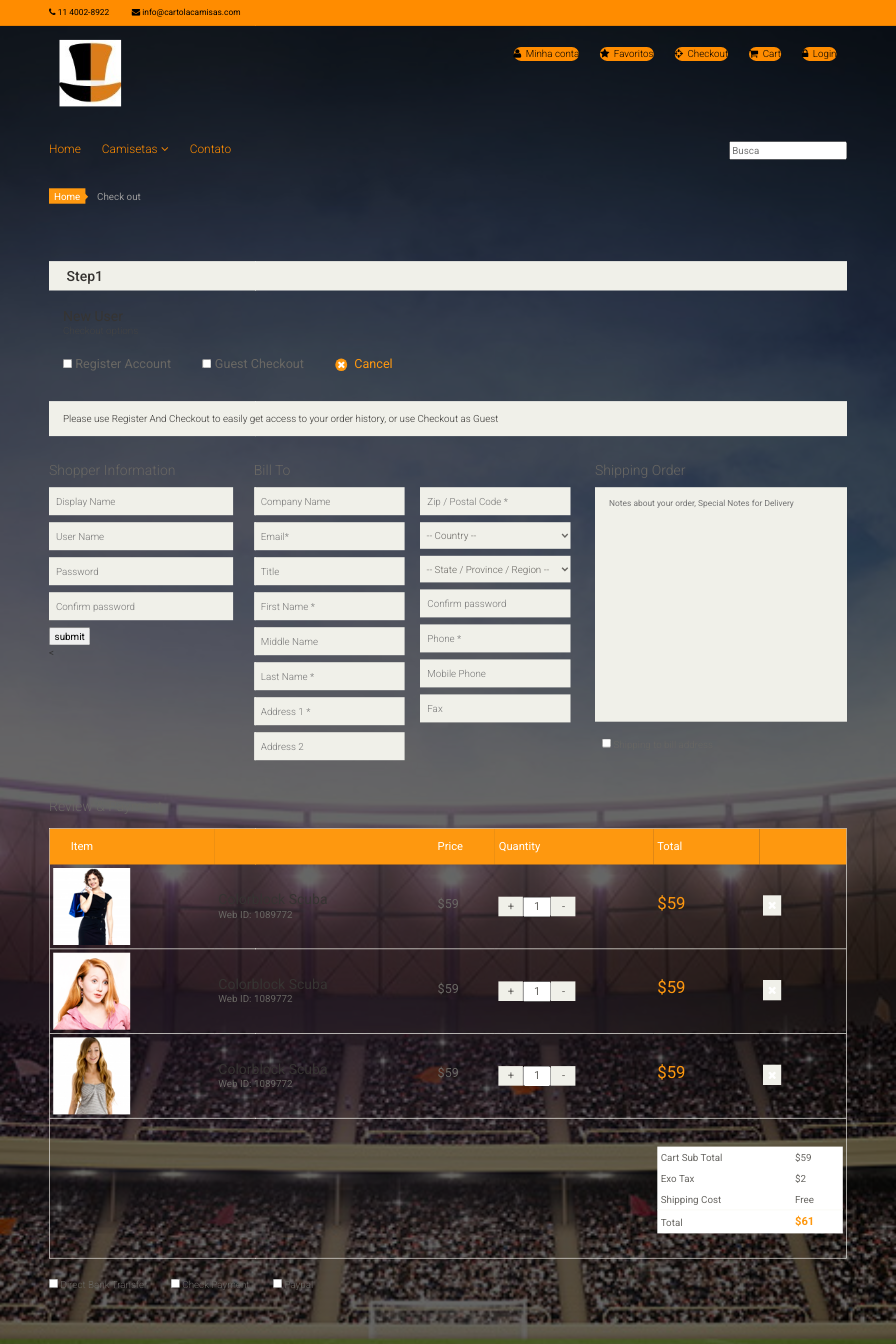
Repository: matheus-bms/camisetaPI
Page: http://localhost/checkout
An editor plug-in stored every save of this project. The page is shown before and after the next save, followed by the edit.
The browser window is 1280 px wide. The pictures show the part of the page from y = 0 to 1920 px (the page is 2568 px tall before and 1643 px after), at 70% of full size.
Some web fonts or font styles are not loaded; a fallback is used. The page is served by the project's Node server (app.js). Other server files are loaded and not shown.

Above is the page before, as saved 2022-04-26 23:33:10.

### views/checkout.ejs
<%- include('./partials/head'); %>

<body>
	<%- include('./partials/header'); %>

	<section id="cart_items">
		<div class="container">
			<div class="breadcrumbs">
				<ol class="breadcrumb">
				  <li><a href="#">Home</a></li>
				  <li class="active">Check out</li>
				</ol>
			</div><!--/breadcrums-->

			<div class="step-one">
				<h2 class="heading">Step1</h2>
			</div>
			<div class="checkout-options">
				<h3>New User</h3>
				<p>Checkout options</p>
				<ul class="nav">
					<li>
						<label><input type="checkbox"> Register Account</label>
					</li>
					<li>
						<label><input type="checkbox"> Guest Checkout</label>
					</li>
					<li>
						<a href=""><i class="fa fa-times"></i>Cancel</a>
					</li>
				</ul>
			</div><!--/checkout-options-->

			<div class="register-req">
				<p>Please use Register And Checkout to easily get access to your order history, or use Checkout as Guest</p>
			</div><!--/register-req-->

			<div class="shopper-informations">
				<div class="row">
					<div class="col-sm-3">
						<div class="shopper-info">
							<p>Shopper Information</p>
							<form action="/checkout" method="post">
								<input type="text" placeholder="Display Name">
								<input type="text" placeholder="User Name">
								<input type="password" placeholder="Password">
								<input type="password" placeholder="Confirm password">
								<button type="submit">submit</button>
							</form>
							<!--<a class="btn btn-primary" href="">Get Quotes</a>
							<a class="btn btn-primary" href="">Continue</a>-->
						<</div>
					</div>
					<div class="col-sm-5 clearfix">
						<div class="bill-to">
							<p>Bill To</p>
							<div class="form-one">
								<form>
									<input type="text" placeholder="Company Name">
									<input type="text" placeholder="Email*">
									<input type="text" placeholder="Title">
									<input type="text" placeholder="First Name *">
									<input type="text" placeholder="Middle Name">
									<input type="text" placeholder="Last Name *">
									<input type="text" placeholder="Address 1 *">
									<input type="text" placeholder="Address 2">
								</form>
							</div>
							<div class="form-two">
								<form>
									<input type="text" placeholder="Zip / Postal Code *">
									<select>
										<option>-- Country --</option>
										<option>United States</option>
										<option>Bangladesh</option>
										<option>UK</option>
										<option>India</option>
										<option>Pakistan</option>
										<option>Ucrane</option>
										<option>Canada</option>
										<option>Dubai</option>
									</select>
									<select>
										<option>-- State / Province / Region --</option>
										<option>United States</option>
										<option>Bangladesh</option>
										<option>UK</option>
										<option>India</option>
										<option>Pakistan</option>
										<option>Ucrane</option>
										<option>Canada</option>
										<option>Dubai</option>
									</select>
									<input type="password" placeholder="Confirm password">
									<input type="text" placeholder="Phone *">
									<input type="text" placeholder="Mobile Phone">
									<input type="text" placeholder="Fax">
								</form>
							</div>
						</div>
					</div>
					<div class="col-sm-4">
						<div class="order-message">
							<p>Shipping Order</p>
							<textarea name="message"  placeholder="Notes about your order, Special Notes for Delivery" rows="16"></textarea>
							<label><input type="checkbox"> Shipping to bill address</label>
						</div>
					</div>
				</div>
			</div>
			<div class="review-payment">
				<h2>Review & Payment</h2>
			</div>

			<div class="table-responsive cart_info">
				<table class="table table-condensed">
					<thead>
						<tr class="cart_menu">
							<td class="image">Item</td>
							<td class="description"></td>
							<td class="price">Price</td>
							<td class="quantity">Quantity</td>
							<td class="total">Total</td>
							<td></td>
						</tr>
					</thead>
					<tbody>
						<tr>
							<td class="cart_product">
								<a href=""><img src="images/cart/one.png" alt=""></a>
							</td>
							<td class="cart_description">
								<h4><a href="">Colorblock Scuba</a></h4>
								<p>Web ID: 1089772</p>
							</td>
							<td class="cart_price">
								<p>$59</p>
							</td>
							<td class="cart_quantity">
								<div class="cart_quantity_button">
									<a class="cart_quantity_up" href=""> + </a>
									<input class="cart_quantity_input" type="text" name="quantity" value="1" autocomplete="off" size="2">
									<a class="cart_quantity_down" href=""> - </a>
								</div>
							</td>
							<td class="cart_total">
								<p class="cart_total_price">$59</p>
							</td>
							<td class="cart_delete">
								<a class="cart_quantity_delete" href=""><i class="fa fa-times"></i></a>
							</td>
						</tr>

						<tr>
							<td class="cart_product">
								<a href=""><img src="images/cart/two.png" alt=""></a>
							</td>
							<td class="cart_description">
								<h4><a href="">Colorblock Scuba</a></h4>
								<p>Web ID: 1089772</p>
							</td>
							<td class="cart_price">
								<p>$59</p>
							</td>
							<td class="cart_quantity">
								<div class="cart_quantity_button">
									<a class="cart_quantity_up" href=""> + </a>
									<input class="cart_quantity_input" type="text" name="quantity" value="1" autocomplete="off" size="2">
									<a class="cart_quantity_down" href=""> - </a>
								</div>
							</td>
							<td class="cart_total">
								<p class="cart_total_price">$59</p>
							</td>
							<td class="cart_delete">
								<a class="cart_quantity_delete" href=""><i class="fa fa-times"></i></a>
							</td>
						</tr>
						<tr>
							<td class="cart_product">
								<a href=""><img src="images/cart/three.png" alt=""></a>
							</td>
							<td class="cart_description">
								<h4><a href="">Colorblock Scuba</a></h4>
								<p>Web ID: 1089772</p>
							</td>
							<td class="cart_price">
								<p>$59</p>
							</td>
							<td class="cart_quantity">
								<div class="cart_quantity_button">
									<a class="cart_quantity_up" href=""> + </a>
									<input class="cart_quantity_input" type="text" name="quantity" value="1" autocomplete="off" size="2">
									<a class="cart_quantity_down" href=""> - </a>
								</div>
							</td>
							<td class="cart_total">
								<p class="cart_total_price">$59</p>
							</td>
							<td class="cart_delete">
								<a class="cart_quantity_delete" href=""><i class="fa fa-times"></i></a>
							</td>
						</tr>
						<tr>
							<td colspan="4">&nbsp;</td>
							<td colspan="2">
								<table class="table table-condensed total-result">
									<tr>
										<td>Cart Sub Total</td>
										<td>$59</td>
									</tr>
									<tr>
										<td>Exo Tax</td>
										<td>$2</td>
									</tr>
									<tr class="shipping-cost">
										<td>Shipping Cost</td>
										<td>Free</td>
									</tr>
									<tr>
										<td>Total</td>
										<td><span>$61</span></td>
									</tr>
								</table>
							</td>
						</tr>
					</tbody>
				</table>
			</div>
			<div class="payment-options">
					<span>
						<label><input type="checkbox"> Direct Bank Transfer</label>
					</span>
					<span>
						<label><input type="checkbox"> Check Payment</label>
					</span>
					<span>
						<label><input type="checkbox"> Paypal</label>
					</span>
				</div>
		</div>
	</section> <!--/#cart_items-->



	<%- include('./partials/footer'); %>
	<%- include('./partials/scripts'); %>
</body>
</html>

### views/partials/head.ejs
<!DOCTYPE html>
<html lang="en">
<head>
    <meta charset="utf-8">
    <meta name="viewport" content="width=device-width, initial-scale=1.0">
    <meta name="description" content="">
    <meta name="author" content="">
    <title>Shop | Cartola Camisas</title>
    <link href=" stylesheets/bootstrap.min.css" rel="stylesheet">
    <link href=" stylesheets/font-awesome.min.css" rel="stylesheet">
    <link href=" stylesheets/prettyPhoto.css" rel="stylesheet">
    <link href=" stylesheets/price-range.css" rel="stylesheet">
    <link href=" stylesheets/animate.css" rel="stylesheet">
	<link href=" stylesheets/main.css" rel="stylesheet">
	<link href=" stylesheets/responsive.css" rel="stylesheet">
    <!--[if lt IE 9]>
    <script src="js/html5shiv.js"></script>
    <script src="js/respond.min.js"></script>
    <![endif]-->
    <link rel="shortcut icon" href="/images/ico/favicon.ico">
    <link rel="apple-touch-icon-precomposed" sizes="144x144" href="/images/ico/apple-touch-icon-144-precomposed.png">
    <link rel="apple-touch-icon-precomposed" sizes="114x114" href="/images/ico/apple-touch-icon-114-precomposed.png">
    <link rel="apple-touch-icon-precomposed" sizes="72x72" href="/images/ico/apple-touch-icon-72-precomposed.png">
    <link rel="apple-touch-icon-precomposed" href="/images/ico/apple-touch-icon-57-precomposed.png">
</head><!--/head-->

### views/partials/header.ejs
<header id="header"><!--header-->
    <div class="header_top"><!--header_top-->
        <div class="container">
            <div class="row">
                <div class="col-sm-6">
                    <div class="contactinfo">
                        <ul class="nav nav-pills">
                            <li><a href="#"><i class="fa fa-phone"></i> 11 4002-8922</a></li>
                            <li><a href="#"><i class="fa fa-envelope"></i> info@cartolacamisas.com</a></li>
                        </ul>
                    </div>
                </div>
                <div class="col-sm-6">
                    <div class="social-icons pull-right"><!--
                        <ul class="nav navbar-nav">
                            <li><a href="#"><i class="fa fa-facebook"></i></a></li>
                            <li><a href="#"><i class="fa fa-twitter"></i></a></li>
                            <li><a href="#"><i class="fa fa-linkedin"></i></a></li>
                            <li><a href="#"><i class="fa fa-dribbble"></i></a></li>
                            <li><a href="#"><i class="fa fa-google-plus"></i></a></li>
                        </ul> </!---->
                    </div>
                </div>
            </div>
        </div>
    </div><!--/header_top-->

    <div class="header-middle"><!--header-middle-->
        <div class="container">
            <div class="row">
                <div class="col-md-4 clearfix">
                    <div class="logo pull-left">
                        <a href="home"><img src="images/home/chapeuLogo.jpeg" alt="" /></a>
                    </div>
                    <!-- <div class="btn-group pull-right clearfix">
                        <div class="btn-group">
                            <button type="button" class="btn btn-default dropdown-toggle usa" data-toggle="dropdown">
                                USA
                                <span class="caret"></span>
                            </button>
                            <ul class="dropdown-menu">
                                <li><a href="">Canada</a></li>
                                <li><a href="">UK</a></li>
                            </ul>
                        </div>

                        <div class="btn-group">
                            <button type="button" class="btn btn-default dropdown-toggle usa" data-toggle="dropdown">
                                DOLLAR
                                <span class="caret"></span>
                            </button>
                            <ul class="dropdown-menu">
                                <li><a href="">Canadian Dollar</a></li>
                                <li><a href="">Pound</a></li>
                            </ul>
                        </div>
                    </div> -->
                </div>
                <div class="col-md-8 clearfix">
                    <div class="shop-menu clearfix pull-right">
                        <ul class="nav navbar-nav">
                            <li><a href=""><i class="fa fa-user"></i> Minha conta</a></li>
                            <li><a href=""><i class="fa fa-star"></i> Favoritos</a></li>
                            <li><a href="checkout"><i class="fa fa-crosshairs"></i> Checkout</a></li>
                            <li><a href="cart"><i class="fa fa-shopping-cart"></i> Cart</a></li>
                            <li><a href="login"><i class="fa fa-lock"></i> Login</a></li>
                        </ul>
                    </div>
                </div>
            </div>
        </div>
    </div><!--/header-middle-->

    <div class="header-bottom"><!--header-bottom-->
        <div class="container">
            <div class="row">
                <div class="col-sm-9">
                    <div class="navbar-header">
                        <button type="button" class="navbar-toggle" data-toggle="collapse" data-target=".navbar-collapse">
                            <span class="sr-only">Toggle navigation</span>
                            <span class="icon-bar"></span>
                            <span class="icon-bar"></span>
                            <span class="icon-bar"></span>
                        </button>
                    </div>
                    <div class="mainmenu pull-left">
                        <ul class="nav navbar-nav collapse navbar-collapse">
                            <li><a href="home" class="active">Home</a></li>
                            <li class="dropdown"><a href="#">Camisetas<i class="fa fa-angle-down"></i></a>
                                <ul role="menu" class="sub-menu">
                                    <li><a href="shop">Masculinas</a></li>
                                    <li><a href="product-details">Femininas</a></li>
                                    <li><a href="checkout">Promoções</a></li>
                                    <li><a href="carrinho">Carrinho</a></li>
                                    <li><a href="login">Login</a></li>
                                </ul>
                            </li>
                            <!-- <li class="dropdown"><a href="#">Blog<i class="fa fa-angle-down"></i></a>
                                <ul role="menu" class="sub-menu">
                                    <li><a href="blog">Blog List</a></li>
                                    <li><a href="blog-single">Blog Single</a></li>
                                </ul>
                            </li>
                            <li><a href="404">404</a></li> -->
                            <li><a href="contato">Contato</a></li>
                        </ul>
                    </div>
                </div>
                <div class="col-sm-3">
                    <div class="search_box pull-right">
                        <input type="text" placeholder="Busca"/>
                    </div>
                </div>
            </div>
        </div>
    </div><!--/header-bottom-->
</header><!--/header-->

### views/partials/scripts.ejs
<script src="/javascripts/jquery.js"></script>
<script src="/javascripts/price-range.js"></script>
<script src="/javascripts/jquery.scrollUp.min.js"></script>
<script src="/javascripts/bootstrap.min.js"></script>
<script src="/javascripts/jquery.prettyPhoto.js"></script>
<script src="/javascripts/main.js"></script>

### public/stylesheets/price-range.css
/*!
 * Slider for Bootstrap
 *
 * Copyright 2012 Stefan Petre
 * Licensed under the Apache License v2.0
 * http://www.apache.org/licenses/LICENSE-2.0
 *
 */
.slider {
  display: inline-block;
  vertical-align: middle;
  position: relative;
}
.slider.slider-horizontal {
  width: 210px;
  height: 20px;
}
.slider.slider-horizontal .slider-track {
  height: 15px;
  left: 0;
  margin-top: -5px;
  top: 50%;
  width: 100%;
}
.slider.slider-horizontal .slider-selection {
  height: 100%;
  top: 0;
  bottom: 0;
}
.slider.slider-horizontal .slider-handle {
  margin-left: -12px;
  margin-top: 2px;
}

.left-round{
  margin-left:2px !important;
}

.slider.slider-horizontal .slider-handle.triangle {
  border-width: 0 10px 10px 10px;
  width: 0;
  height: 0;
  border-bottom-color: #0480be;
  margin-top: 0;
}
.slider.slider-vertical {
  height: 210px;
  width: 20px;
}
.slider.slider-vertical .slider-track {
  width: 10px;
  height: 100%;
  margin-left: -5px;
  left: 50%;
  top: 0;
}
.slider.slider-vertical .slider-selection {
  width: 100%;
  left: 0;
  top: 0;
  bottom: 0;
}
.slider.slider-vertical .slider-handle {
  margin-left: -5px;
  margin-top: -10px;
}
.slider.slider-vertical .slider-handle.triangle {
  border-width: 10px 0 10px 10px;
  width: 1px;
  height: 1px;
  border-left-color: #0480be;
  margin-left: 0;
}
.slider input {
  display: none;
}
.slider .tooltip-inner {
  white-space: nowrap;
}
.slider-track {
  position: absolute;
  cursor: pointer;
  background-color: #f7f7f7;
  background-image: -moz-linear-gradient(top, #f5f5f5, #f9f9f9);
  background-image: -webkit-gradient(linear, 0 0, 0 100%, from(#f5f5f5), to(#f9f9f9));
  background-image: -webkit-linear-gradient(top, #f5f5f5, #f9f9f9);
  background-image: -o-linear-gradient(top, #f5f5f5, #f9f9f9);
  background-image: linear-gradient(to bottom, #f5f5f5, #f9f9f9);
  background-repeat: repeat-x;
  filter: progid:DXImageTransform.Microsoft.gradient(startColorstr='#fff5f5f5', endColorstr='#fff9f9f9', GradientType=0);
  -webkit-box-shadow: inset 0 1px 2px rgba(0, 0, 0, 0.1);
  -moz-box-shadow: inset 0 1px 2px rgba(0, 0, 0, 0.1);
  box-shadow: inset 0 1px 2px rgba(0, 0, 0, 0.1);
  -webkit-border-radius: 15px;
  -moz-border-radius: 15px;
  border-radius: 15px;
}

.slider-selection {
  -moz-box-sizing: border-box;
  background: none repeat scroll 0 0 #FE980F;
  border-radius: 15px;
  box-shadow: 0 -1px 0 rgba(0, 0, 0, 0.15) inset;
  position: absolute;
}

.slider-handle {
  background: #fff;
  box-shadow:none;
  height: 10px;
  opacity: 1;
  position: absolute;
  width: 10px;
}

.slider-handle.round {
  -webkit-border-radius: 20px;
  -moz-border-radius: 20px;
  border-radius: 20px;
}
.slider-handle.triangle {
  background: transparent none;
}

Loaded but not shown: public/stylesheets/bootstrap.min.css (library); public/stylesheets/font-awesome.min.css (library); public/stylesheets/animate.css (library); public/javascripts/jquery.js (library); public/javascripts/jquery.scrollUp.min.js (common file); public/javascripts/bootstrap.min.js (library); public/javascripts/jquery.prettyPhoto.js (library); public/javascripts/price-range.js (388 lines, source omitted); controller/UserController.js (56 lines, source omitted); public/javascripts/main.js (32 lines, source omitted); app.js (42 lines, source omitted); public/stylesheets/main.css (2456 lines, source omitted); public/stylesheets/prettyPhoto.css (170 lines, source omitted); public/stylesheets/responsive.css (481 lines, source omitted); views/partials/footer.ejs (153 lines, source omitted)

After the next save:
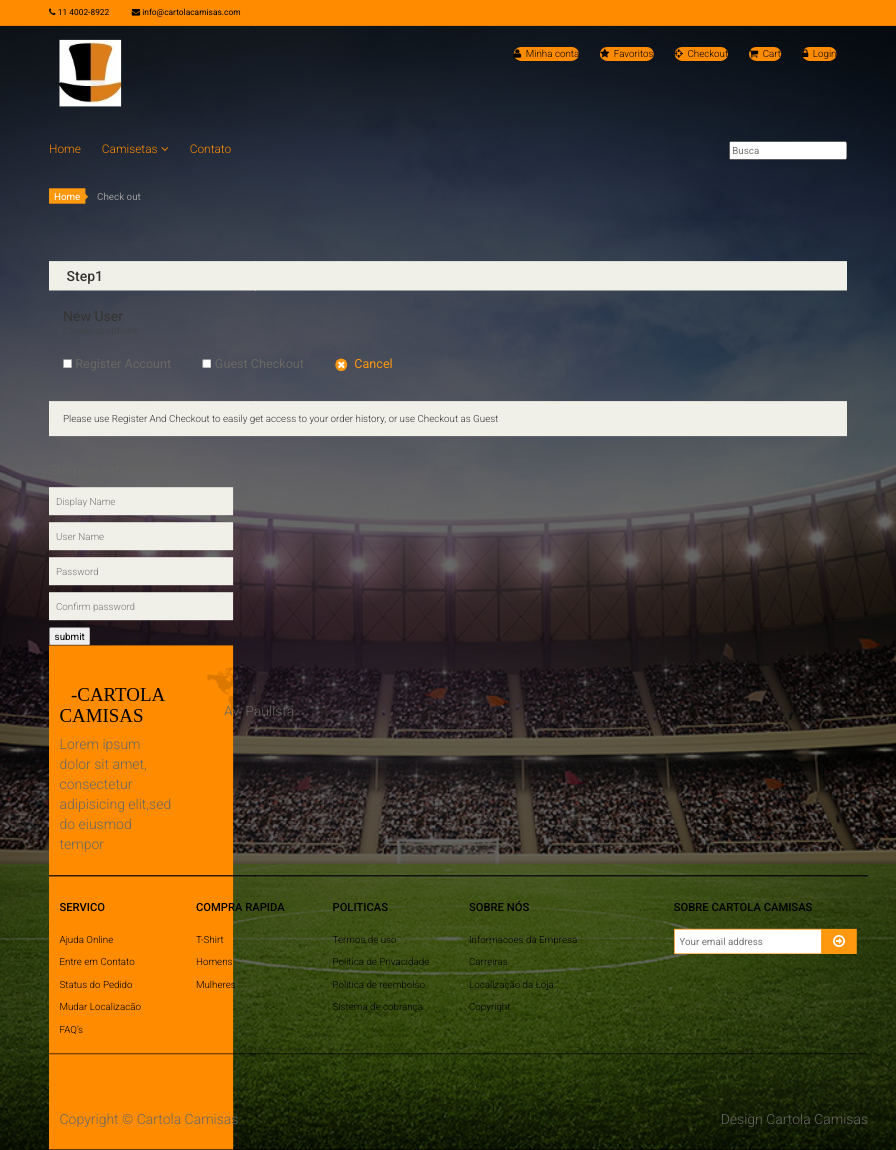
Saved 4 s later.
--- a/views/checkout.ejs
+++ b/views/checkout.ejs
@@ -49,7 +49,7 @@
 							</form>
 							<!--<a class="btn btn-primary" href="">Get Quotes</a>
 							<a class="btn btn-primary" href="">Continue</a>-->
-						<</div>
+						<!--</div>
 					</div>
 					<div class="col-sm-5 clearfix">
 						<div class="bill-to">
